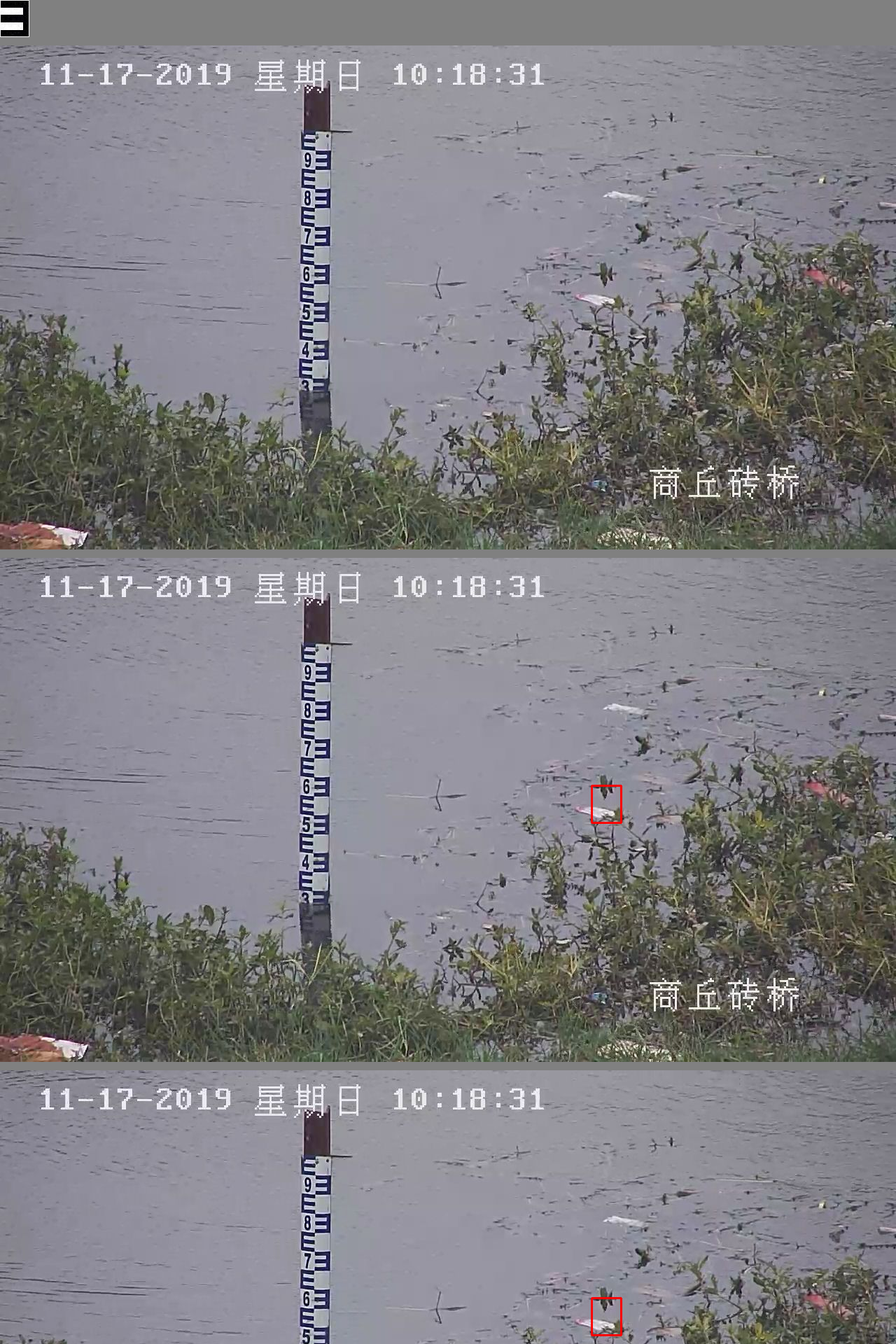
Repository: dengwanqian/waterlevel
Script's output: python template_match.py
These files come from the project's save history. The script's output is drawn as it stood at one moment and after the next save; the edit follows.
The pictures show rows 0 to 1920 of an output 2981 px tall, at 70% of full size.
Each picture stacks the figures in order, with grey between them; figures that are only written to a file come last. Random numbers start from a fixed seed. It also reads images/meter1.jpg, images/meter2.jpg, template/metertag.jpg.

Above is the script's output before, as saved 2024-06-13 13:31:09.

### template_match.py
import cv2 as cv
import numpy as np


def template_matching():
    sample = cv.imread(r'template/metertag.jpg')    # 模板图像
    target = cv.imread(r'images/meter1.jpg')    # 待检测图像
    cv.imshow('sample', sample)
    cv.imshow('target', target)
    # 三种模板匹配算法
    methods = [cv.TM_SQDIFF_NORMED, cv.TM_CCORR_NORMED, cv.TM_CCOEFF_NORMED]
    height, width = sample.shape[:2]   # 模板图像的高 宽
    for method in methods:
        print(method)
        result = cv.matchTemplate(image=target, templ=sample, method=method)  # 计算那个区域匹配最好
        # 在匹配的结果中寻找   最小值  最大值及最小、最大值的位置
        min_val, max_val, min_loc, max_loc = cv.minMaxLoc(result)
        if method == cv.TM_SQDIFF_NORMED:   # 如果是标准平方差匹配  取最小值位置
            left_top = min_loc
        else:
            left_top = max_loc
        right_bottom = (left_top[0] + width, left_top[1] + height)  # 加上宽  高
        # 匹配到最佳位置    画小矩形
        cv.rectangle(img=target, pt1=left_top, pt2=right_bottom, color=(0, 0, 255), thickness=2)
        cv.imshow('match-' + np.str(method), target)

template_matching()
cv.waitKey(0)
cv.destroyAllWindows()

After the next save:
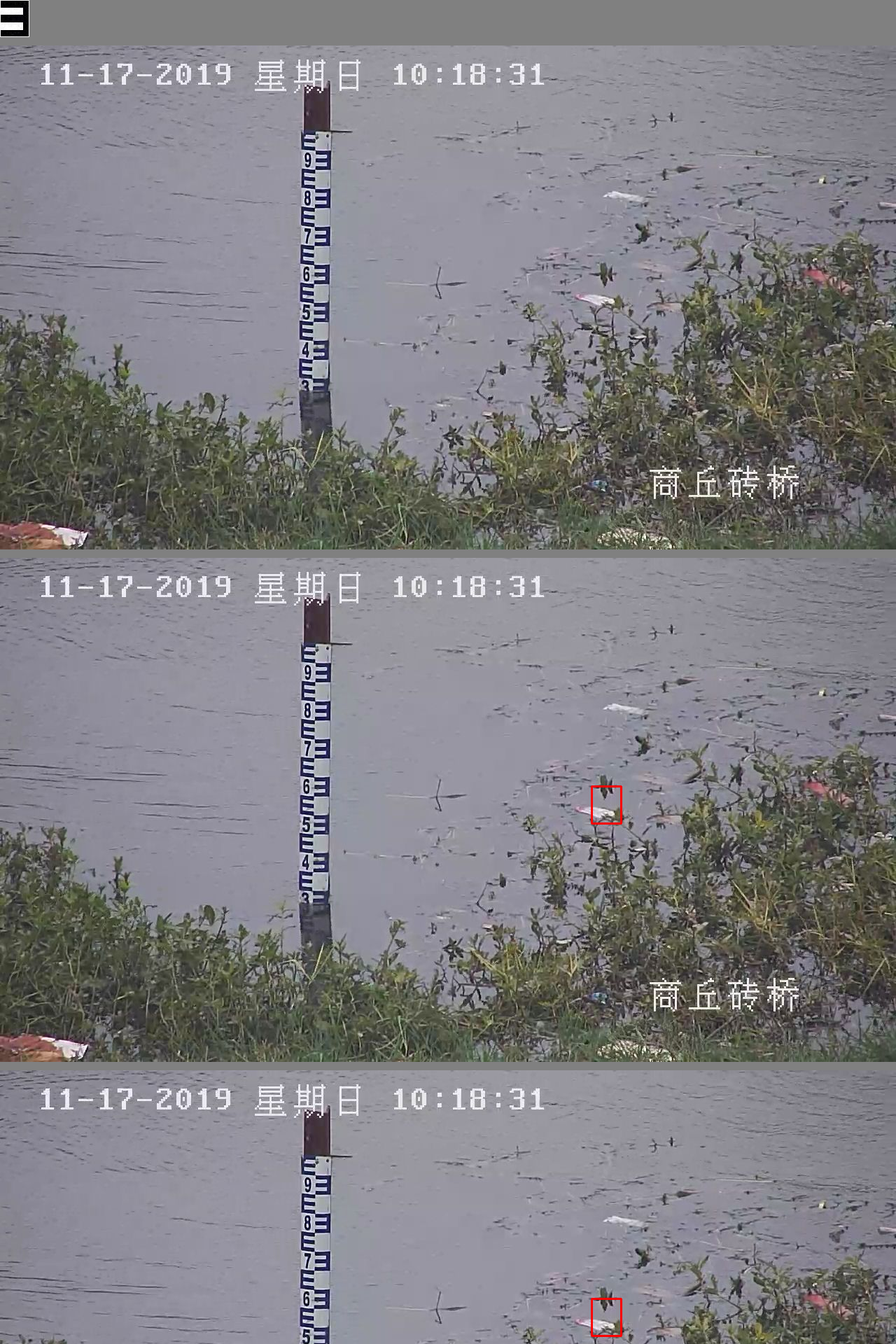
Saved 2 min 14 s later.
--- a/template_match.py
+++ b/template_match.py
@@ -4,7 +4,7 @@ import numpy as np
 
 def template_matching():
     sample = cv.imread(r'template/metertag.jpg')    # 模板图像
-    target = cv.imread(r'images/meter1.jpg')    # 待检测图像
+    target = cv.imread(r'images/meter2.jpg')    # 待检测图像
     cv.imshow('sample', sample)
     cv.imshow('target', target)
     # 三种模板匹配算法
